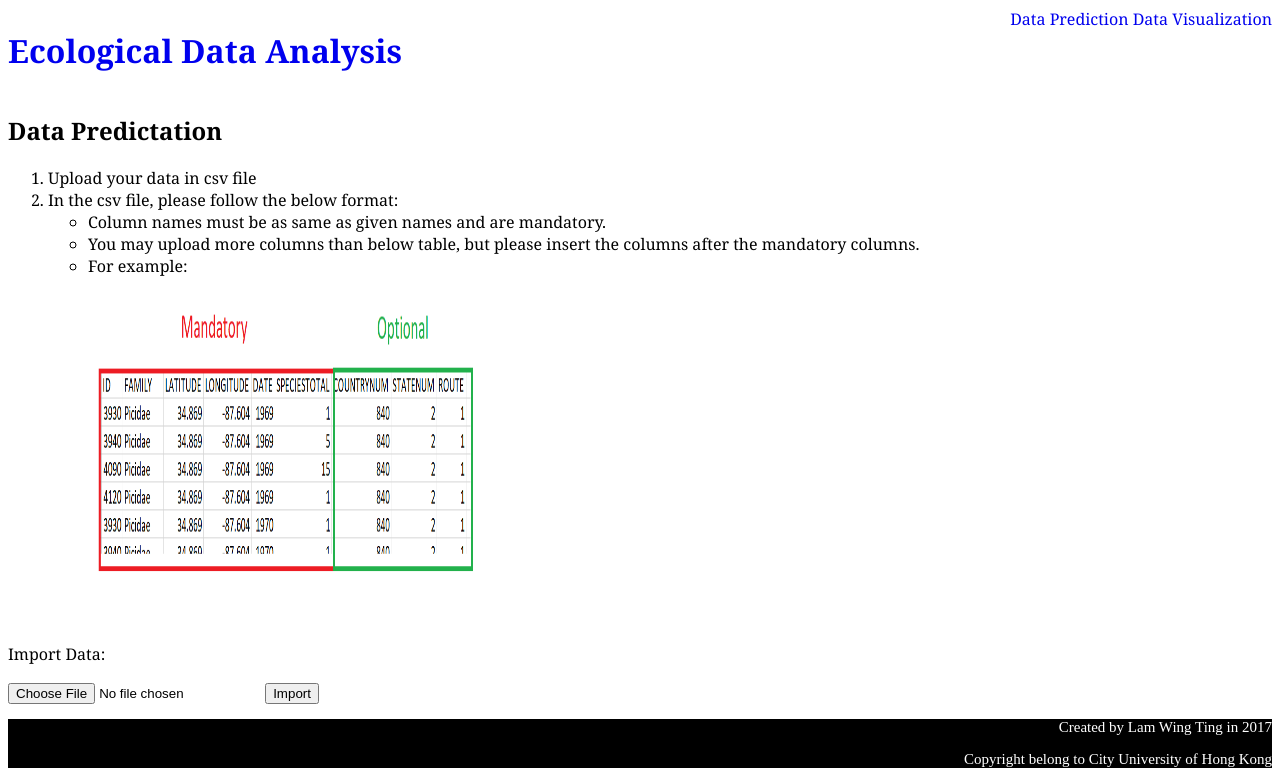
Repository: JenniferLam/FYP
Page: WebAppDev/FYP_webapp/WebContent/prediction/dataPred.html
An editor plug-in stored every save of this project. The page is shown before and after the next save, followed by the edit.
The browser window is 1280 px wide. The pictures show the whole page.

Above is the page before, as saved 2018-02-02 15:07:49.

After the next save:
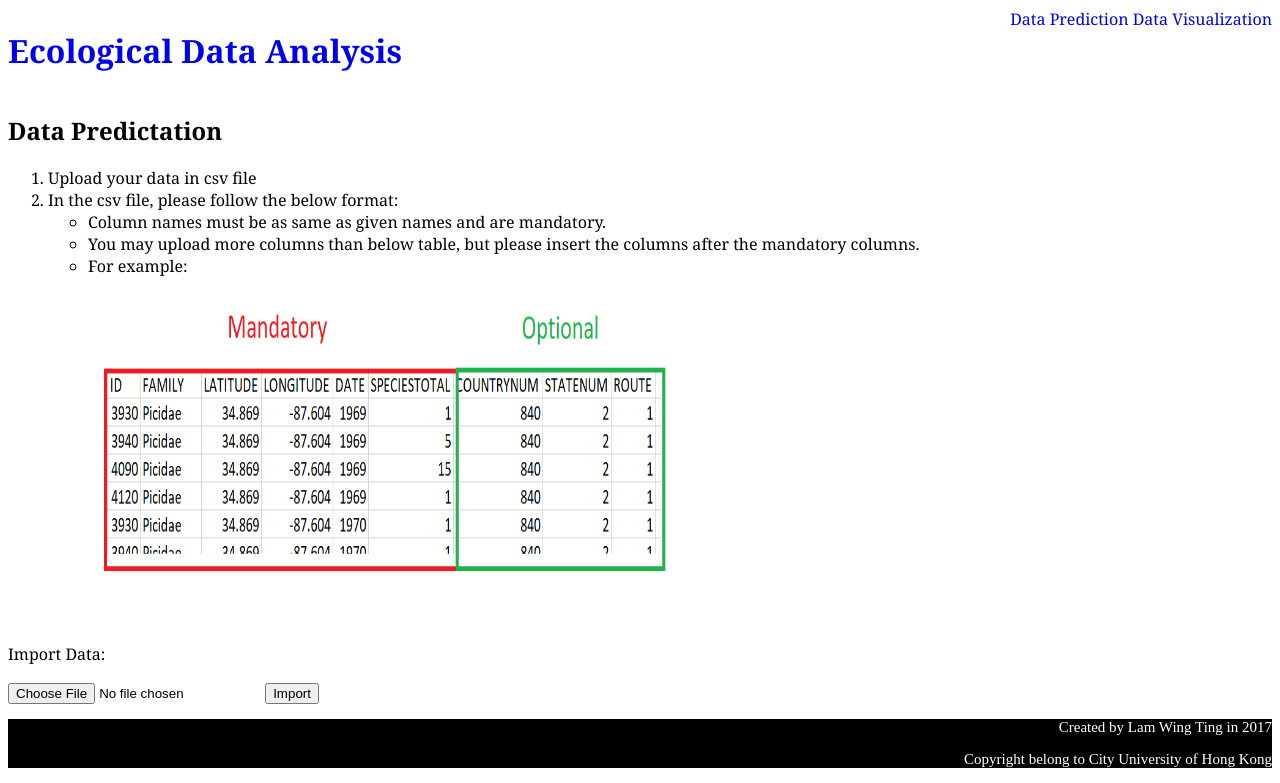
Saved 6 s later.
--- a/WebAppDev/FYP_webapp/WebContent/prediction/dataPred.css
+++ b/WebAppDev/FYP_webapp/WebContent/prediction/dataPred.css
@@ -1,4 +1,4 @@
 img{
-	width:400px;
+	width:600px;
 	height:350px;
 }
